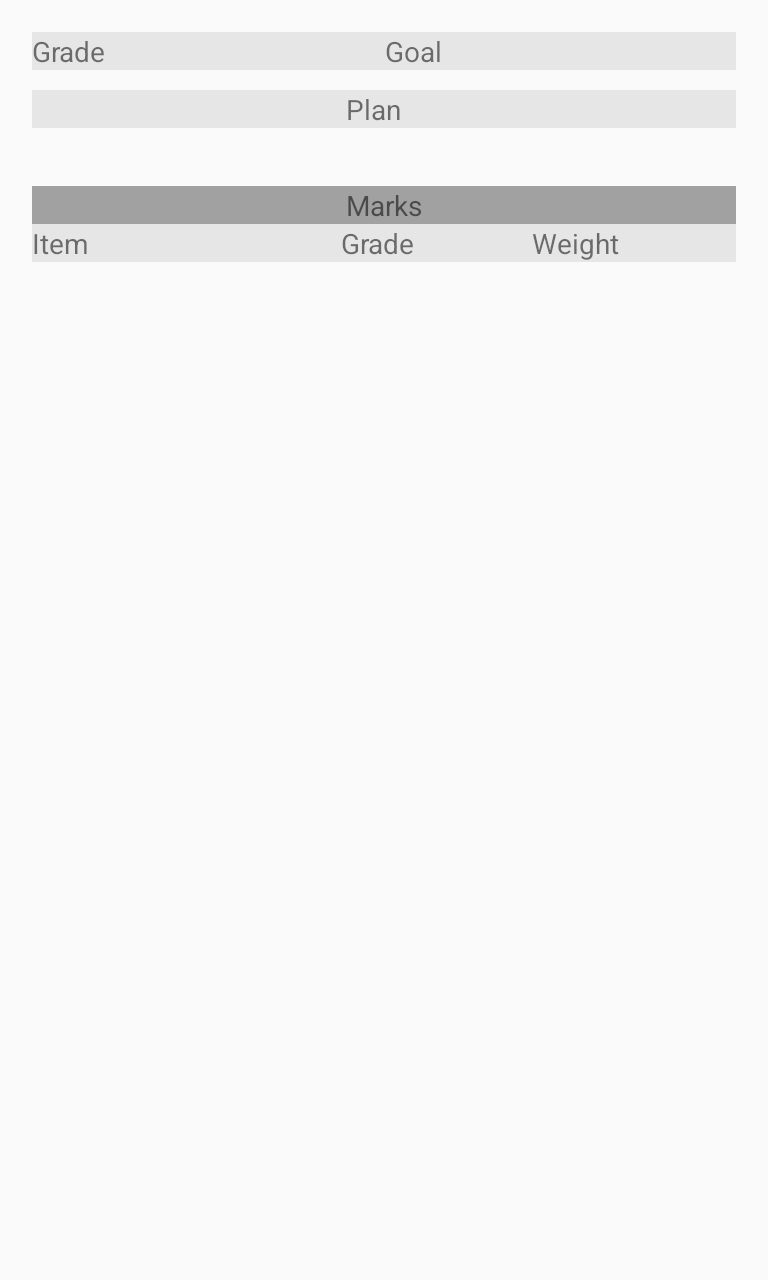
Repository: Tenergy05/GradePlanner
Layout: GradePlanner/res/layout/activity_view_course.xml
The author's editor kept a copy of each file at every save. The layout is drawn from the files as they stood at one save, then again after the next save.
It is drawn on a 768 x 1280 px phone screen (xhdpi) without system bars, with theme AppTheme; the app's code is not run.

Above is the layout before, as saved 2015-01-03 03:18:58.

After the next save:
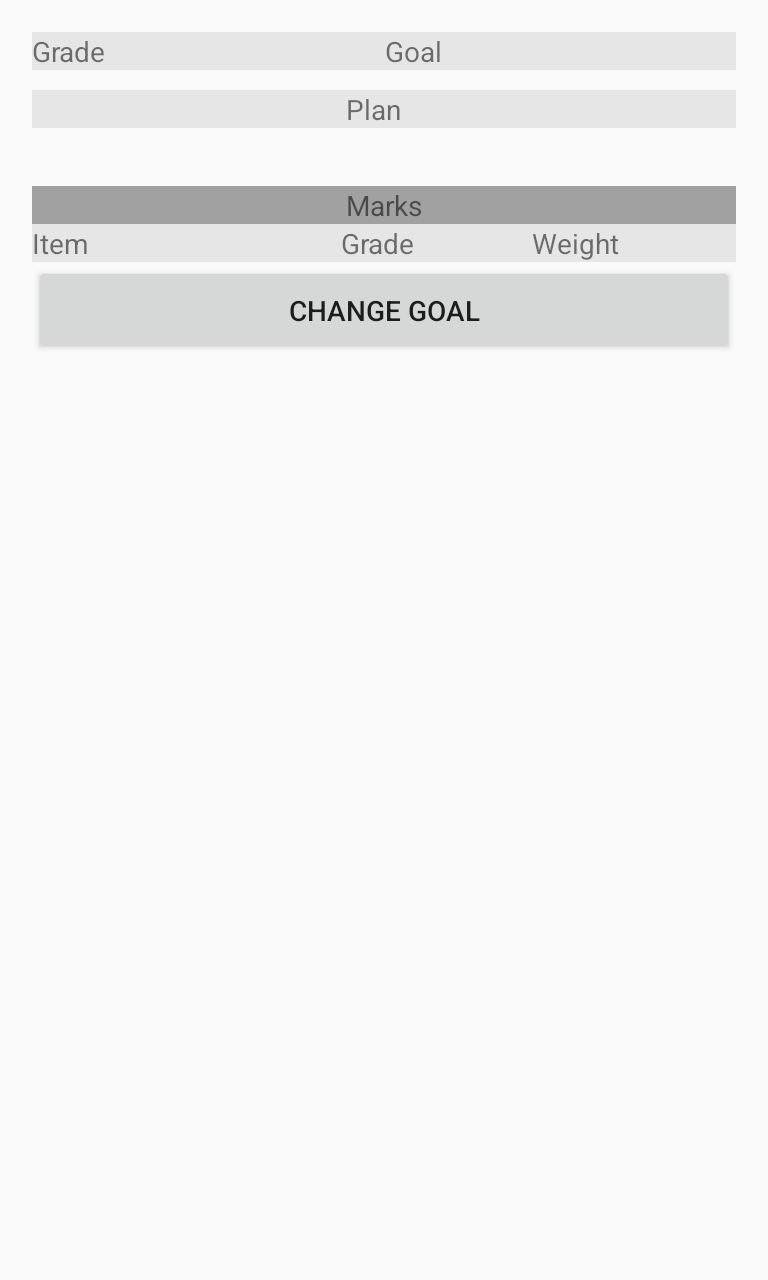
Saved 6 min 7 s later.
--- a/GradePlanner/res/layout/activity_view_course.xml
+++ b/GradePlanner/res/layout/activity_view_course.xml
@@ -69,5 +69,10 @@
             android:layout_weight="0.25"/>
     </TableRow>
 
+    <Button
+        android:id="@+id/button4"
+        android:layout_width="wrap_content"
+        android:layout_height="wrap_content"
+        android:text="@string/change_goal" />
 
 </TableLayout>
--- a/GradePlanner/res/values/strings.xml
+++ b/GradePlanner/res/values/strings.xml
@@ -23,6 +23,7 @@
     <string name="marks">Marks</string>
     <string name="plan">Plan</string>
     <string name="item">Item</string>
+    <string name="change_goal">Change Goal</string>
     <color name="grey">#E6E6E6</color>
     <color name="darkgrey">#A1A1A1</color>
 
